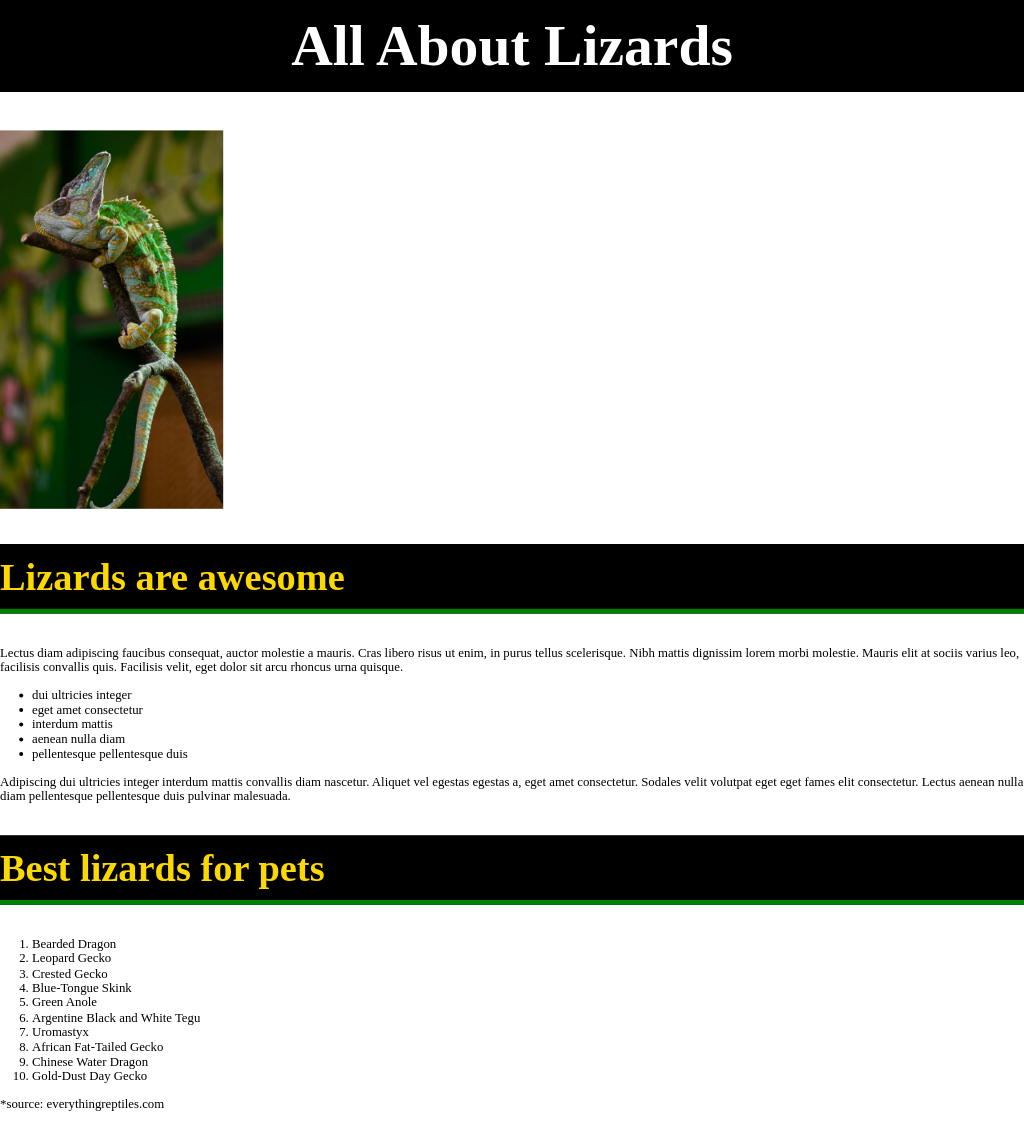
Repository: Doumham-Armah/lizards-landing--page
Page: index.html
An editor plug-in stored every save of this project. The page is shown before and after the next save, followed by the edit.
The browser window is 1280 px wide. The pictures show the whole page, at 80% of full size.

Above is the page before, as saved 2021-08-10 13:59:35.

### index.html
<!DOCTYPE html>
<html>
  <head>
    <link
      rel="stylesheet"
      href="https://cdnjs.cloudflare.com/ajax/libs/normalize/8.0.1/normalize.css"
    />
    <title>All about lizards</title>
    <link href="css/style.css" rel="stylesheet" />
  </head>
  <body>
    <header>
      <h1>All About Lizards</h1>
    </header>

    <main>
      <section class="main-content">
        <img src="images/chameleon.jpg" alt="a chameleon climbing a branch" />

        <h2 class="subheading">Lizards are awesome</h2>
        <p>
          Lectus diam adipiscing faucibus consequat, auctor molestie a mauris.
          Cras libero risus ut enim, in purus tellus scelerisque. Nibh mattis
          dignissim lorem morbi molestie. Mauris elit at sociis varius leo,
          facilisis convallis quis. Facilisis velit, eget dolor sit arcu rhoncus
          urna quisque.
        </p>

        <!-- insert the unordered list here -->
        <ul>
          <li>dui ultricies integer</li>
          <li>eget amet consectetur</li>
          <li>interdum mattis</li>
          <li>aenean nulla diam</li>
          <li>pellentesque pellentesque duis</li>
        </ul>

        <p>
          Adipiscing dui ultricies integer interdum mattis convallis diam
          nascetur. Aliquet vel egestas egestas a, eget amet consectetur.
          Sodales velit volutpat eget eget fames elit consectetur. Lectus aenean
          nulla diam pellentesque pellentesque duis pulvinar malesuada.
        </p>
      </section>

      <aside class="sidebar">
        <h2 class="subheading">Best lizards for pets</h2>
        <!-- insert the ordered list here -->
        <ol>
          <li>Bearded Dragon</li>
          <li>Leopard Gecko</li>
          <li>Crested Gecko</li>
          <li>Blue-Tongue Skink</li>
          <li>Green Anole</li>
          <li>Argentine Black and White Tegu</li>
          <li>Uromastyx</li>
          <li>African Fat-Tailed Gecko</li>
          <li>Chinese Water Dragon</li>
          <li>Gold-Dust Day Gecko</li>
        </ol>
        <p>*source: everythingreptiles.com</p>
      </aside>
    </main>
  </body>
</html>

### css/style.css
body {
  margin: 0;
}

h1 {
  background-color: black;
  color: white;
  text-align: center;
  padding: 1rem 0rem;
  margin-top: 0;
  font-size: 4.5rem;
}

.subheading {
  background-color: black;
  color: #fcd801;
  font-size: 3rem;
  padding: 0.8rem 0rem;
  border-bottom: 0.4rem green solid;
}

After the next save:
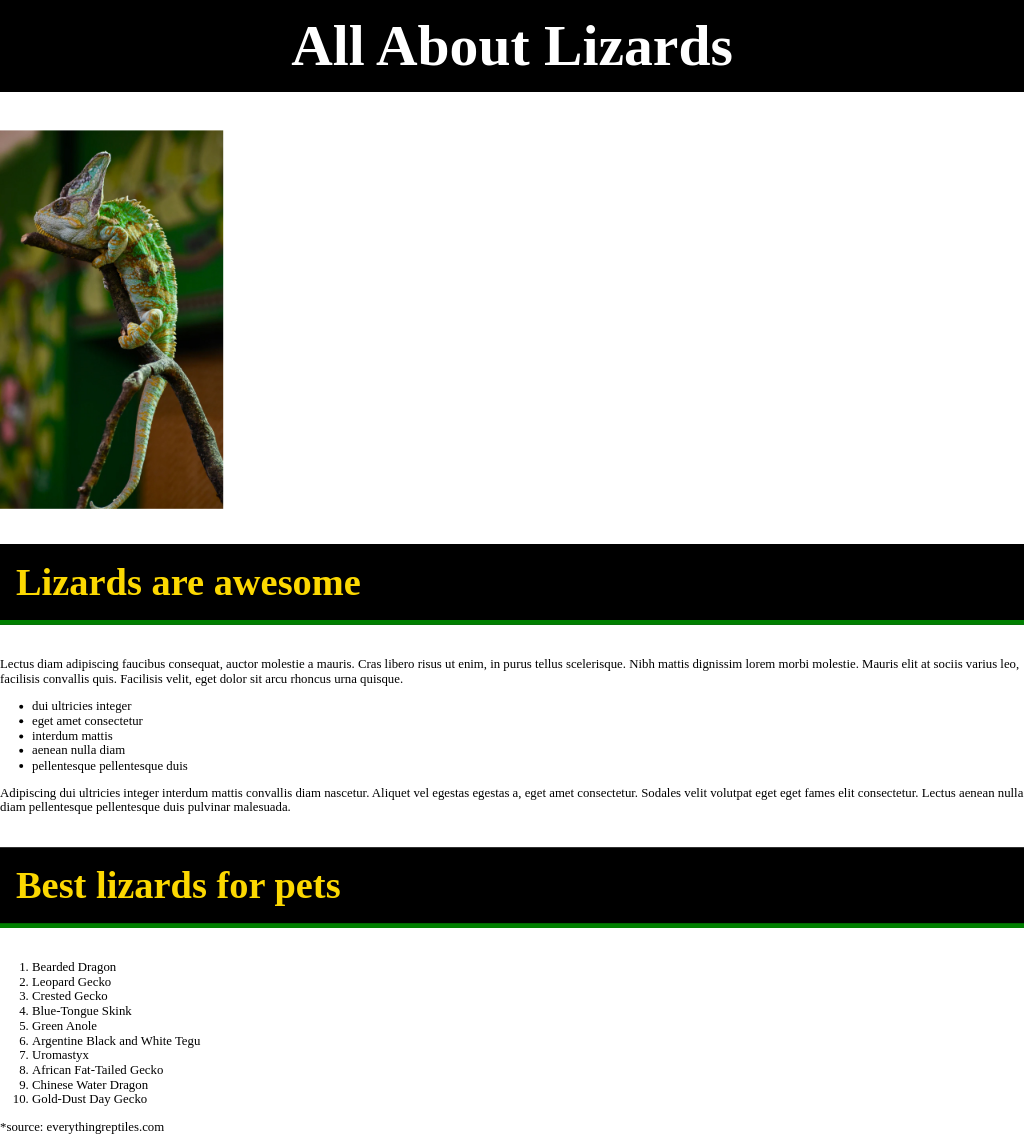
Saved 40 s later.
--- a/css/style.css
+++ b/css/style.css
@@ -15,6 +15,6 @@ h1 {
   background-color: black;
   color: #fcd801;
   font-size: 3rem;
-  padding: 0.8rem 0rem;
+  padding: 1.25rem;
   border-bottom: 0.4rem green solid;
 }
